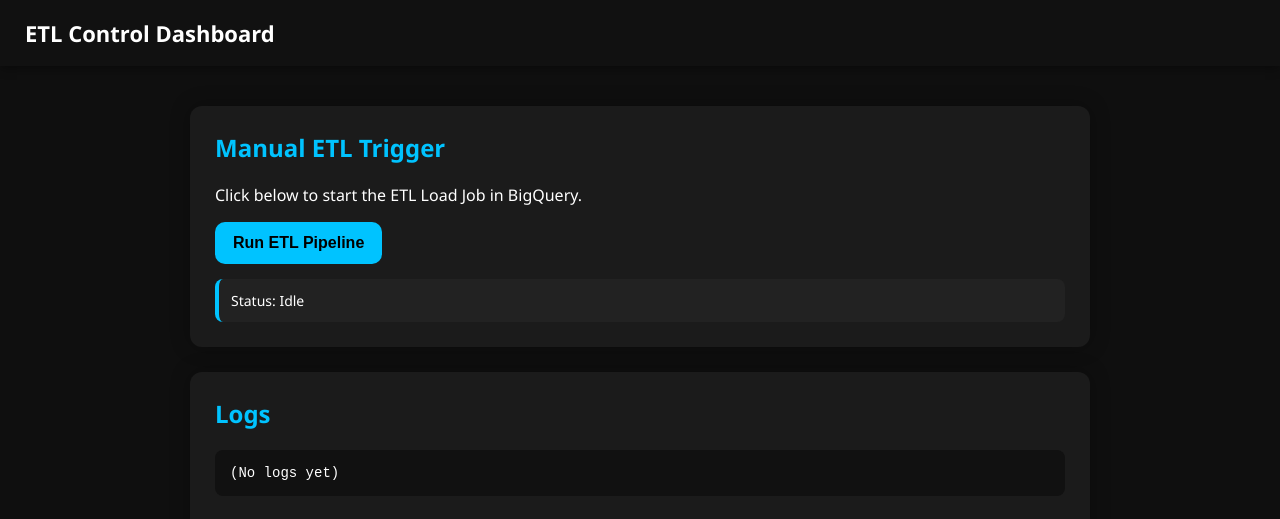
Repository: kbruhadesh/etl_files
Page: public/index.html
The author's editor kept a copy of each file at every save. The page is drawn from the files as they stood at one save, then again after the next save.
The browser window is 1280 px wide. The pictures show the whole page.

Above is the page before, as saved 2025-11-25 00:10:08.

After the next save:
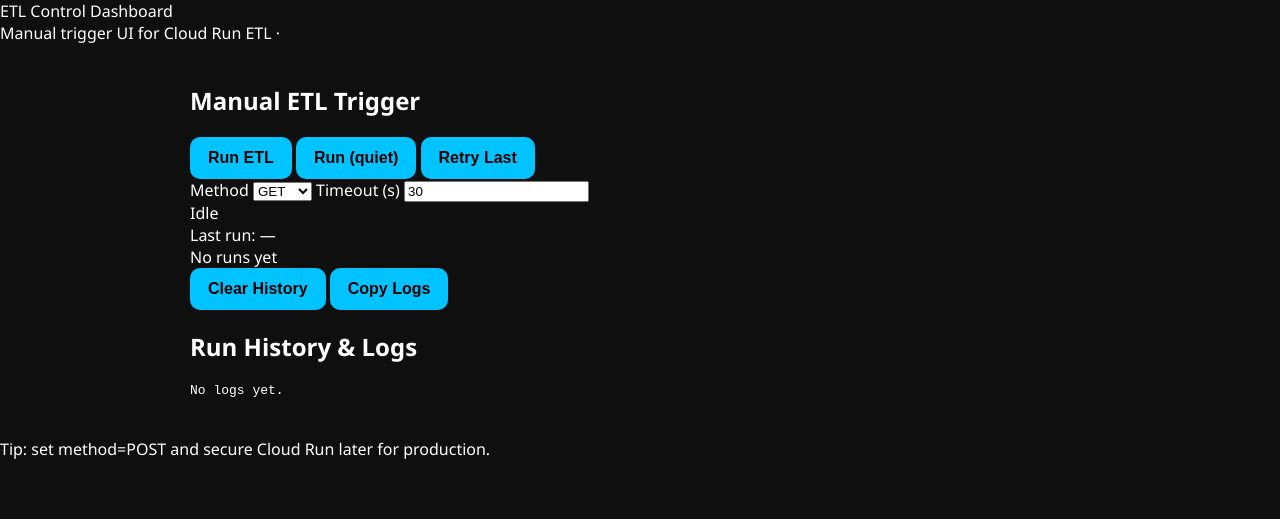
Console error: TypeError: Cannot read properties of null (reading 'addEventListener')
Saved 56 min 12 s later.
--- a/public/index.html
+++ b/public/index.html
@@ -1,37 +1,63 @@
-<!DOCTYPE html>
+<!doctype html>
 <html lang="en">
 <head>
-  <meta charset="UTF-8" />
-  <meta name="viewport" content="width=device-width, initial-scale=1.0" />
-  <title>ETL Dashboard</title>
+  <meta charset="utf-8" />
+  <meta name="viewport" content="width=device-width,initial-scale=1" />
+  <title>ETL Control Dashboard</title>
   <link rel="stylesheet" href="style.css" />
 </head>
 <body>
+  <header class="topbar">
+    <div class="title">ETL Control Dashboard</div>
+    <div class="meta">Manual trigger UI for Cloud Run ETL · <span id="serviceUrlShort"></span></div>
+  </header>
 
-  <!-- NAVBAR -->
-  <nav class="navbar">
-    <div class="nav-title">ETL Control Dashboard</div>
-  </nav>
+  <main class="container">
+    <section class="panel control-panel">
+      <h2>Manual ETL Trigger</h2>
+      <div class="controls">
+        <div class="left">
+          <button id="runBtn" class="btn primary">Run ETL</button>
+          <button id="runQuietBtn" class="btn ghost">Run (quiet)</button>
+          <button id="retryBtn" class="btn ghost">Retry Last</button>
+        </div>
 
-  <!-- MAIN DASHBOARD -->
-  <div class="container">
-    <div class="card">
-      <h2>Manual ETL Trigger</h2>
-      <p>Click below to start the ETL Load Job in BigQuery.</p>
+        <div class="right">
+          <label class="small">Method
+            <select id="method">
+              <option>GET</option>
+              <option>POST</option>
+            </select>
+          </label>
+          <label class="small">Timeout (s)
+            <input id="timeout" type="number" min="5" value="30" />
+          </label>
+        </div>
+      </div>
 
-      <button id="runETL">Run ETL Pipeline</button>
+      <div class="status-row">
+        <div id="statusPill" class="status status-wait">Idle</div>
+        <div class="status-info">
+          <div id="lastRun">Last run: —</div>
+          <div id="lastResult" class="small muted">No runs yet</div>
+        </div>
+      </div>
 
-      <div id="statusBox" class="status-box">Status: Idle</div>
-    </div>
+      <div class="log-actions">
+        <button id="clearHistory" class="btn ghost">Clear History</button>
+        <button id="copyLogs" class="btn ghost">Copy Logs</button>
+      </div>
+    </section>
 
-    <!-- LOGS -->
-    <div class="card logs-card">
-      <h2>Logs</h2>
-      <pre id="logOutput">(No logs yet)</pre>
-    </div>
-  </div>
+    <section class="panel logs-panel">
+      <h2>Run History & Logs</h2>
+      <div id="historyList" class="history"></div>
+      <pre id="logBox" class="logbox">No logs yet.</pre>
+    </section>
+  </main>
 
-  <script src="script.js"></script>
+  <footer class="footer">Tip: set method=POST and secure Cloud Run later for production.</footer>
 
+  <script src="script.js" defer></script>
 </body>
 </html>
